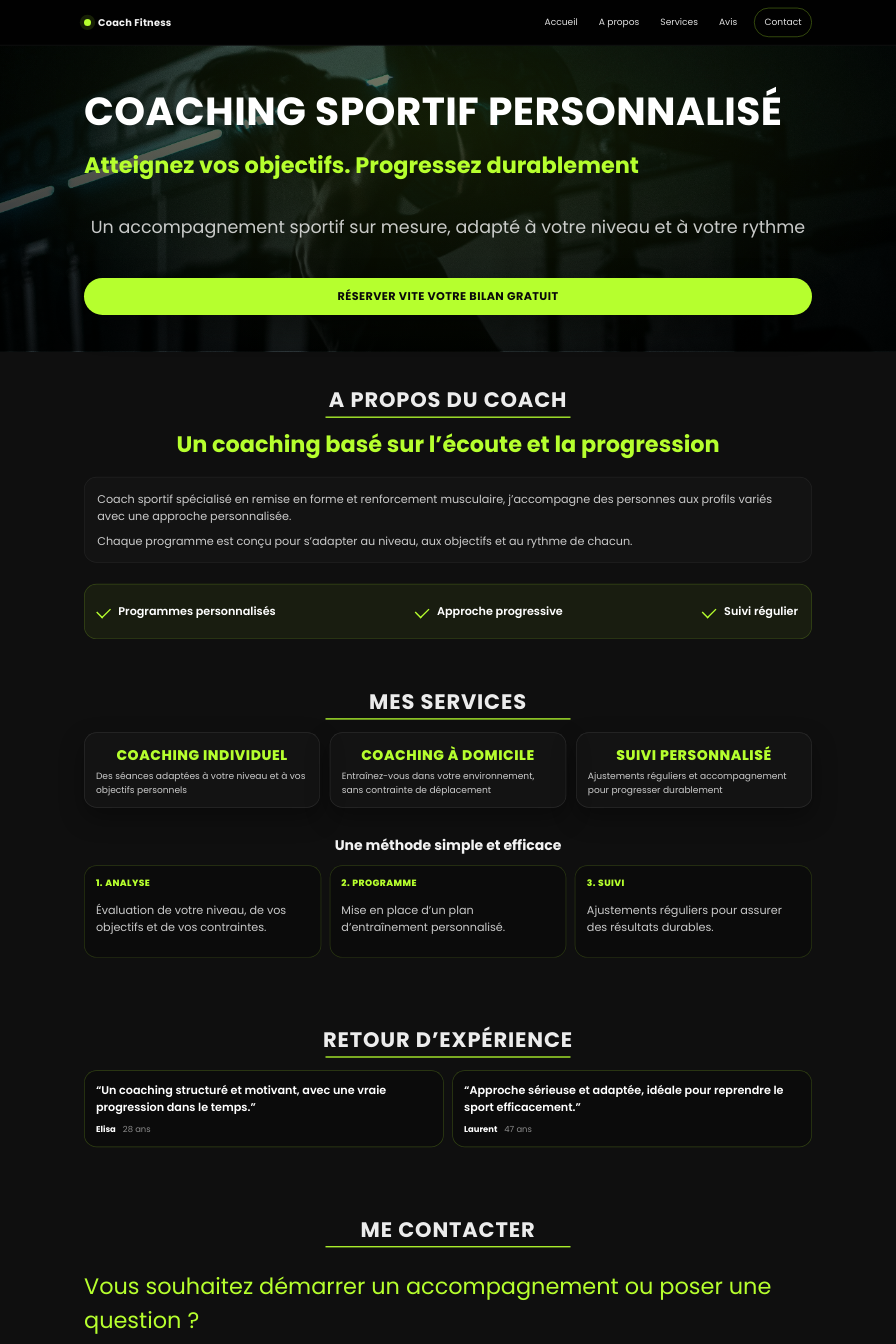
Repository: ThomasHdrd/CoachFitness
Page: index.html
An editor plug-in stored every save of this project. The page is shown before and after the next save, followed by the edit.
The browser window is 1280 px wide. The pictures show the part of the page from y = 0 to 1920 px (the page is 3200 px tall before and 3152 px after), at 70% of full size.

Above is the page before, as saved 2026-01-20 22:21:45.

### index.html
<!doctype html>
<html lang="fr">
<head>
  <meta charset="utf-8" />
  <meta name="viewport" content="width=device-width, initial-scale=1" />
  <title>Coach Fitness — Landing Page</title>

  <!-- Poppins -->
  <link rel="preconnect" href="https://fonts.googleapis.com">
  <link rel="preconnect" href="https://fonts.gstatic.com" crossorigin>
  <link href="https://fonts.googleapis.com/css2?family=Poppins:wght@300;400;500;600;700;800&display=swap" rel="stylesheet">

  <link rel="stylesheet" href="styles.css" />
</head>
<body>
  <!-- Header -->
  <header class="site-header" id="top">
    <div class="container header-inner">
      <a class="brand" href="#top" aria-label="Retour en haut">
        <span class="brand-dot" aria-hidden="true"></span>
        <span class="brand-text">Coach Fitness</span>
      </a>

      <button class="nav-toggle" aria-controls="site-nav" aria-expanded="false">
        <span class="sr-only">Ouvrir le menu</span>
        <span class="burger" aria-hidden="true"></span>
      </button>

      <nav class="site-nav" id="site-nav" aria-label="Navigation principale">
        <a class="nav-link" href="#accueil">Accueil</a>
        <a class="nav-link" href="#apropos">A propos</a>
        <a class="nav-link" href="#services">Services</a>
        <a class="nav-link" href="#avis">Avis</a>
        <a class="nav-link nav-cta" href="#contact">Contact</a>
      </nav>
    </div>
  </header>

  <main>
    <!-- HERO -->
    <section class="hero" id="accueil">
      <div class="hero-overlay" aria-hidden="true"></div>
      <div class="container hero-content">
        <p class="hero-kicker">Coaching sportif personnalisé</p>
        <h1 class="hero-title accent">Atteignez vos objectifs. Progressez durablement</h1>
        <p class="hero-subtitle">
          Un accompagnement sportif sur mesure, adapté à votre niveau et à votre rythme
        </p>
        <a class="btn btn-primary" href="#contact">RÉSERVER VITE VOTRE BILAN GRATUIT</a>
      </div>
    </section>

    <!-- A PROPOS -->
    <section class="section" id="apropos">
      <div class="container">
        <h2 class="section-title">A PROPOS DU COACH</h2>
        <h3 class="section-lead accent">Un coaching basé sur l’écoute et la progression</h3>

        <div class="about-grid">
          <div class="about-text">
            <p class="muted">
              Coach sportif spécialisé en remise en forme et renforcement musculaire, j’accompagne des personnes aux profils variés
              avec une approche personnalisée.
            </p>
            <p class="muted">
              Chaque programme est conçu pour s’adapter au niveau, aux objectifs et au rythme de chacun.
            </p>
          </div>
        </div>
        <div class="about-list">
            <ul class="checks">
                <li>Programmes personnalisés</li>
                <li>Approche progressive</li>
                <li>Suivi régulier</li>
            </ul>
        </div>
      </div>
    </section>

    <!-- SERVICES -->
    <section class="section" id="services">
      <div class="container">
        <h2 class="section-title">MES SERVICES</h2>

        <div class="cards">
          <article class="card">
            <h3 class="card-title accent">COACHING INDIVIDUEL</h3>
            <p class="card-text">Des séances adaptées à votre niveau et à vos objectifs personnels</p>
          </article>

          <article class="card">
            <h3 class="card-title accent">COACHING À DOMICILE</h3>
            <p class="card-text">Entraînez-vous dans votre environnement, sans contrainte de déplacement</p>
          </article>

          <article class="card">
            <h3 class="card-title accent">SUIVI PERSONNALISÉ</h3>
            <p class="card-text">Ajustements réguliers et accompagnement pour progresser durablement</p>
          </article>
        </div>

        <div class="method">
          <h3 class="method-title">Une méthode simple et efficace</h3>

          <div class="method-steps">
            <div class="step">
              <div class="step-num accent">1. ANALYSE</div>
              <p class="muted">Évaluation de votre niveau, de vos objectifs et de vos contraintes.</p>
            </div>
            <div class="step">
              <div class="step-num accent">2. PROGRAMME</div>
              <p class="muted">Mise en place d’un plan d’entraînement personnalisé.</p>
            </div>
            <div class="step">
              <div class="step-num accent">3. SUIVI</div>
              <p class="muted">Ajustements réguliers pour assurer des résultats durables.</p>
            </div>
          </div>
        </div>
      </div>
    </section>

    <!-- AVIS -->
    <section class="section" id="avis">
      <div class="container">
        <h2 class="section-title">RETOUR D’EXPÉRIENCE</h2>

        <div class="testimonials">
          <figure class="testimonial">
            <blockquote>
              “Un coaching structuré et motivant, avec une vraie progression dans le temps.”
            </blockquote>
            <figcaption>
              <span class="name">Elisa</span>
              <span class="meta">28 ans</span>
            </figcaption>
          </figure>

          <figure class="testimonial">
            <blockquote>
              “Approche sérieuse et adaptée, idéale pour reprendre le sport efficacement.”
            </blockquote>
            <figcaption>
              <span class="name">Laurent</span>
              <span class="meta">47 ans</span>
            </figcaption>
          </figure>
        </div>
      </div>
    </section>

    <!-- CONTACT -->
    <section class="section" id="contact">
      <div class="container">
        <h2 class="section-title">ME CONTACTER</h2>
        <p class="contact-lead accent">
          Vous souhaitez démarrer un accompagnement ou poser une question ?<br />
          N’hésitez pas à me contacter.
        </p>

        <form class="form" id="contactForm" novalidate>
          <div class="field">
            <label for="nom">Nom</label>
            <input id="nom" name="nom" type="text" autocomplete="family-name" required />
            <small class="error" data-error-for="nom"></small>
          </div>

          <div class="field">
            <label for="prenom">Prénom</label>
            <input id="prenom" name="prenom" type="text" autocomplete="given-name" required />
            <small class="error" data-error-for="prenom"></small>
          </div>

          <div class="field">
            <label for="email">Email</label>
            <input id="email" name="email" type="email" autocomplete="email" required />
            <small class="error" data-error-for="email"></small>
          </div>

          <div class="field">
            <label for="message">Message</label>
            <textarea id="message" name="message" rows="5" required></textarea>
            <small class="error" data-error-for="message"></small>
          </div>

          <button class="btn btn-primary btn-wide" type="submit">ENVOYER</button>
          <p class="form-note muted" id="formStatus" role="status" aria-live="polite"></p>
        </form>
      </div>
    </section>

    <!-- FAQ -->
    <section class="section" id="faq">
      <div class="container">
        <h2 class="section-title">QUESTIONS FRÉQUENTES</h2>

        <div class="faq">
          <details class="faq-item" open>
            <summary>À qui s’adresse le coaching ?</summary>
            <div class="faq-body muted">
              Le coaching s’adresse à toute personne souhaitant reprendre le sport, améliorer sa condition physique ou atteindre un objectif précis
              (remise en forme, renforcement musculaire, perte de poids, bien-être). Les programmes sont adaptés au niveau, au rythme et aux contraintes de chacun.
            </div>
          </details>

          <details class="faq-item">
            <summary>Faut-il déjà être sportif pour commencer ?</summary>
            <div class="faq-body muted">
              Non. Le coaching s’adapte à votre niveau actuel. La progression est construite étape par étape, avec une intensité ajustée.
            </div>
          </details>

          <details class="faq-item">
            <summary>Comment se déroule le suivi ?</summary>
            <div class="faq-body muted">
              Après une analyse de votre situation, un programme personnalisé est mis en place puis ajusté régulièrement selon vos retours et votre progression.
            </div>
          </details>

          <details class="faq-item">
            <summary>Le coaching se fait-il à domicile ou en salle ?</summary>
            <div class="faq-body muted">
              Les deux sont possibles. Le format dépend de vos préférences, de votre matériel et de vos contraintes de planning.
            </div>
          </details>

          <details class="faq-item">
            <summary>Le premier échange est-il gratuit ?</summary>
            <div class="faq-body muted">
              Oui. Le premier échange permet de comprendre votre besoin et de déterminer l’accompagnement le plus adapté, sans engagement.
            </div>
          </details>
        </div>
      </div>
    </section>
  </main>

  <!-- Footer -->
  <footer class="site-footer">
    <div class="container footer-inner">
      <p class="footer-tag muted">Coaching personnalisé • Progression durable • Bien-être</p>
      <p class="footer-copy muted">© 2026 Coach Sportif Indépendant • Tous droits réservés.</p>
    </div>
  </footer>

  <script src="app.js" defer></script>
</body>
</html>

### styles.css
:root{
  --bg: #0F0F0F;            /* demandé */
  --bar: rgba(0,0,0,.90);   /* header/footer */
  --accent: #B6FF2E;        /* demandé */
  --text: #FFFFFF;
  --muted: rgba(255,255,255,.78);
  --muted2: rgba(255,255,255,.62);
  --line: rgba(182,255,46,.38);
  --card: rgba(255,255,255,.04);
  --shadow: 0 16px 40px rgba(0,0,0,.45);
  --radius: 14px;
  --radius-lg: 18px;
  --max: 1040px;
}

*{ box-sizing: border-box; }
html{ scroll-behavior: smooth; }
body{
  margin:0;
  font-family: "Poppins", system-ui, -apple-system, Segoe UI, Roboto, Arial, sans-serif;
  background: var(--bg);
  color: var(--text);
}

.container{
  width:min(100% - 40px, var(--max));
  margin-inline:auto;
}

.sr-only{
  position:absolute;
  width:1px;height:1px;
  padding:0;margin:-1px;
  overflow:hidden;clip:rect(0,0,0,0);
  white-space:nowrap;border:0;
}

/* Header */
.site-header{
  position: sticky;
  top: 0;
  z-index: 50;
  background: var(--bar);
  backdrop-filter: blur(8px);
  border-bottom: 1px solid rgba(255,255,255,.06);
}

.header-inner{
  height: 64px;
  display:flex;
  align-items:center;
  justify-content:space-between;
  gap: 14px;
}

.brand{
  display:flex;
  align-items:center;
  gap:10px;
  text-decoration:none;
  color: var(--text);
  font-weight: 700;
  letter-spacing:.3px;
}
.brand-dot{
  width:10px;height:10px;
  border-radius:999px;
  background: var(--accent);
  box-shadow: 0 0 0 6px rgba(182,255,46,.12);
}
.brand-text{ font-size: 14px; opacity:.95; }

.site-nav{
  display:flex;
  align-items:center;
  gap: 18px;
}
.nav-link{
  color: var(--text);
  text-decoration:none;
  font-size: 13px;
  opacity: .88;
  transition: opacity .2s ease, color .2s ease;
  padding: 10px 6px;
}
.nav-link:hover{ opacity:1; color: var(--accent); }

.nav-cta{
  border: 1px solid rgba(182,255,46,.45);
  border-radius: 999px;
  padding: 10px 14px;
}
.nav-cta:hover{
  background: rgba(182,255,46,.10);
}

/* Mobile nav */
.nav-toggle{
  display:none;
  border:0;
  background: transparent;
  color: var(--text);
  padding: 10px;
  border-radius: 10px;
}
.nav-toggle:hover{ background: rgba(255,255,255,.06); }
.burger{
  width: 22px; height: 2px;
  display:block;
  background: var(--text);
  position: relative;
}
.burger::before,.burger::after{
  content:"";
  position:absolute;
  left:0;
  width:22px;height:2px;
  background: var(--text);
}
.burger::before{ top:-7px; }
.burger::after{ top:7px; }

/* Hero */
.hero{
  position: relative;
  min-height: 50vh;
  display:flex;
  align-items:center;
  padding: 52px 0;
  background:
    linear-gradient(180deg, rgba(0,0,0,.55), rgba(0,0,0,.88)),
    url("assets/hero.jpg") center/cover no-repeat;
  background-position: center 30%;
}
.hero-overlay{
  position:absolute;
  inset:0;
  background: radial-gradient(1200px 600px at 50% 25%, rgba(182,255,46,.10), transparent 60%);
  pointer-events:none;
}
.hero-content{
  position:relative;
  text-align:center;
}
.hero-kicker{
  margin:0 0 10px;
  font-size: 56px;
  max-width: fit-content;
  letter-spacing: .6px;
  text-transform: uppercase;
  font-weight: bold;
}
.hero-title{
  margin: 0 auto;
  font-size: 40px;
  max-width: fit-content;
  margin:0 0 10px;
}
.hero-title .accent{
  display:block;
  color: var(--accent);
  font-weight: 800;
  text-transform:none;
  margin-top: 8px;
  max-width: fit-content;
}
.hero-subtitle{
  margin: 16px auto 22px;
  padding-top: 30px;
  color: var(--muted);
  font-size: 25px;
  line-height: 1.55;
  padding-bottom: 30px;
}

/* Buttons */
.btn{
  display:inline-flex;
  align-items:center;
  justify-content:center;
  gap:10px;
  text-decoration:none;
  border: 0;
  cursor:pointer;
  font-weight: 700;
  letter-spacing: .6px;
  text-transform: uppercase;
  border-radius: 999px;
  padding: 14px 18px;
  box-shadow: var(--shadow);
}
.btn-primary{
  background: var(--accent);
  color: #0A0A0A;
  width: 100%;
}
.btn-primary:hover{
  background: transparent;
  border: 1px solid var(--accent);
  color: var(--accent);
  filter: brightness(.95);
}
.btn-wide{ width: 100%; margin-top: 10px; }

/* Sections */
.section{
  padding: 48px 0;
}
#apropos
{
  padding-bottom: 20px;
}

.section-title{
  text-align:center;
  margin: 0 0 14px;
  font-size: 30px;
  letter-spacing: 1.2px;
  text-transform: uppercase;
  opacity: .92;
}
.section-title::after {
    content: "";
    display: block;
    width: 350px;
    height: 2px;
    background-color: var(--accent);
    margin: 0 auto 0;
}
.section-lead{
  text-align:center;
  margin: 0 0 22px;
  font-size: 25px;
  font-weight: 700;
}
.accent{ color: var(--accent); font-size: 32px;}
.muted{ color: var(--muted); }
.muted2{ color: var(--muted2); }

/* About */
.about-grid{
  gap: 18px;
  align-items:start;
}
.about-text{
  background: rgba(255,255,255,.02);
  border: 1px solid rgba(255,255,255,.06);
  border-radius: var(--radius-lg);
  padding: 18px;
  margin-bottom: 30px;
}
.about-text p{ margin: 0 0 10px; }
.about-text p:last-child{ margin-bottom: 0; }

.checks{
  list-style: none;
  margin: 0;
  padding: 16px 18px;
  border-radius: var(--radius-lg);
  border: 1px solid rgba(182,255,46,.20);
  background: rgba(182,255,46,.06);
  display: flex;
  flex-wrap: wrap;
  gap: 20%;
}
.checks li{
  position: relative;
  padding-left: 30px;
  margin: 10px 0;
  font-weight: 600;
}
.checks li::before{
  content:"";
  position:absolute;
  left:0; top: 6px;
  width: 16px; height: 10px;
  border-left: 2px solid var(--accent);
  border-bottom: 2px solid var(--accent);
  transform: rotate(-45deg);
}

/* Cards */
.cards{
  display:grid;
  gap: 14px;
  margin-top: 18px;
}
.card{
  background: rgba(255,255,255,.02);
  border: 1px solid rgba(255,255,255,.10);
  border-radius: var(--radius-lg);
  padding: 16px 16px 14px;
  box-shadow: 0 14px 34px rgba(0,0,0,.35);
}
.card-title{
  margin:0 0 6px;
  font-size: 20px;
  text-align: center;
  font-weight: 800;
  text-transform: uppercase;
  letter-spacing: .8px;
}
.card-text{
  margin:0;
  color: var(--muted);
  font-size: 13px;
  line-height: 1.55;
}

/* Method */
.method{
  margin-top: 26px;
  padding-top: 12px;
}
.method-title{
  text-align:center;
  margin: 0 0 14px;
  font-size: 20px;
  font-weight: 700;
  opacity: .95;
}
.method-steps{
  display:grid;
  gap: 12px;
}
.step{
  border: 1px solid rgba(182,255,46,.18);
  background: rgba(0,0,0,.25);
  border-radius: var(--radius-lg);
  padding: 14px 16px;
}
.step-num{
  font-weight: 800;
  letter-spacing: .6px;
  text-transform: uppercase;
  font-size: 13px;
  margin-bottom: 6px;
}

/* Testimonials */
.testimonials{
  display:grid;
  gap: 12px;
  margin-top: 18px;
}
.testimonial{
  margin:0;
  border: 1px solid rgba(182,255,46,.22);
  background: rgba(0,0,0,.25);
  border-radius: var(--radius-lg);
  padding: 16px;
}
.testimonial blockquote{
  margin:0 0 10px;
  color: var(--text);
  font-weight: 600;
  line-height: 1.5;
}
.testimonial figcaption{
  display:flex;
  gap: 10px;
  align-items:baseline;
  color: var(--muted2);
  font-size: 12px;
}
.testimonial .name{ color: var(--text); font-weight: 700; }
.testimonial .meta{ opacity:.85; }

/* Form */
.form{
  margin-top: 18px;
  border-radius: var(--radius-lg);
  border: 1px solid rgba(255,255,255,.08);
  background: rgba(0,0,0,.25);
  padding: 16px;
}
.field{ margin-bottom: 12px; }
label{
  display:block;
  font-size: 12px;
  font-weight: 700;
  letter-spacing: .4px;
  margin-bottom: 8px;
  color: var(--accent);
  text-transform: uppercase;
}
input, textarea{
  width:100%;
  font-family: inherit;
  font-size: 14px;
  color: #0A0A0A;
  background: #FFFFFF;
  border: 1px solid rgba(0,0,0,.12);
  border-radius: 10px;
  padding: 12px 12px;
  outline: none;
}
textarea{ resize: vertical; min-height: 110px; }
input:focus, textarea:focus{
  box-shadow: 0 0 0 4px rgba(182,255,46,.20);
  border-color: rgba(182,255,46,.55);
}
.error{
  display:block;
  min-height: 16px;
  margin-top: 6px;
  font-size: 12px;
  color: #FF6B6B;
}
.form-note{
  margin: 10px 0 0;
  font-size: 12px;
}

/* FAQ */
.faq{
  margin-top: 18px;
  border-radius: var(--radius-lg);
  overflow:hidden;
  border: 1px solid rgba(182,255,46,.16);
  background: rgba(0,0,0,.25);
}
.faq-item{
  border-top: 1px solid rgba(182,255,46,.12);
}
.faq-item:first-child{ border-top: 0; }
.faq-item summary{
  list-style:none;
  cursor:pointer;
  padding: 14px 16px;
  font-weight: 700;
  font-size: 13px;
  position: relative;
}
.faq-item summary::-webkit-details-marker{ display:none; }
.faq-item summary::after{
  content:"+";
  position:absolute;
  right: 16px;
  top: 10px;
  width: 28px; height: 28px;
  display:grid;
  place-items:center;
  border-radius: 999px;
  color: var(--accent);
  border: 1px solid rgba(182,255,46,.28);
  background: rgba(182,255,46,.08);
}
.faq-item[open] summary::after{ content:"–"; }
.faq-body{
  padding: 0 16px 16px;
  font-size: 13px;
  line-height: 1.6;
}

/* Footer */
.site-footer{
  background: var(--bar);
  border-top: 1px solid rgba(255,255,255,.06);
  padding: 18px 0;
}
.footer-inner{
  text-align:center;
  display:grid;
  gap: 8px;
}
.footer-tag, .footer-copy{
  margin:0;
  font-size: 12px;
}

/* Responsive */
@media (min-width: 820px){
  .hero-content{ text-align:center; }
  .about-grid{
    grid-template-columns: 1.2fr .8fr;
    gap: 18px;
  }
  .cards{
    grid-template-columns: repeat(3, 1fr);
  }
  .method-steps{
    grid-template-columns: repeat(3, 1fr);
  }
  .testimonials{
    grid-template-columns: repeat(2, 1fr);
  }
}

/* Mobile nav behavior */
@media (max-width: 760px){
  .nav-toggle{ display:inline-flex; }
  .site-nav{
    position: fixed;
    inset: 64px 12px auto 12px;
    background: rgba(0,0,0,.95);
    border: 1px solid rgba(255,255,255,.08);
    border-radius: 16px;
    padding: 12px;
    display:none;
    flex-direction: column;
    gap: 6px;
    box-shadow: 0 18px 50px rgba(0,0,0,.6);
  }
  .site-nav.is-open{ display:flex; }
  .nav-link{ width:100%; text-align:center; padding: 12px; }
  .nav-cta{ width:100%; }
}

### app.js
// Mobile menu toggle
const toggle = document.querySelector('.nav-toggle');
const nav = document.querySelector('#site-nav');

if (toggle && nav) {
  toggle.addEventListener('click', () => {
    const isOpen = nav.classList.toggle('is-open');
    toggle.setAttribute('aria-expanded', String(isOpen));
  });

  // Close menu on link click (mobile)
  nav.querySelectorAll('a').forEach(a => {
    a.addEventListener('click', () => {
      nav.classList.remove('is-open');
      toggle.setAttribute('aria-expanded', 'false');
    });
  });

  // Close on ESC
  document.addEventListener('keydown', (e) => {
    if (e.key === 'Escape') {
      nav.classList.remove('is-open');
      toggle.setAttribute('aria-expanded', 'false');
    }
  });
}

// FAQ: allow only one open at a time (optional premium behavior)
const faqItems = document.querySelectorAll('.faq-item');
faqItems.forEach((item) => {
  item.addEventListener('toggle', () => {
    if (item.open) {
      faqItems.forEach((other) => {
        if (other !== item) other.open = false;
      });
    }
  });
});

// Contact form validation (front only, demo)
const form = document.getElementById('contactForm');
const statusEl = document.getElementById('formStatus');

function setError(name, message) {
  const el = document.querySelector(`[data-error-for="${name}"]`);
  if (el) el.textContent = message || '';
}

function isEmail(v) {
  return /^[^\s@]+@[^\s@]+\.[^\s@]+$/.test(v);
}

if (form) {
  form.addEventListener('submit', (e) => {
    e.preventDefault();

    const data = new FormData(form);
    const nom = String(data.get('nom') || '').trim();
    const prenom = String(data.get('prenom') || '').trim();
    const email = String(data.get('email') || '').trim();
    const message = String(data.get('message') || '').trim();

    let ok = true;

    setError('nom', '');
    setError('prenom', '');
    setError('email', '');
    setError('message', '');
    if (statusEl) statusEl.textContent = '';

    if (!nom) { setError('nom', 'Veuillez renseigner votre nom.'); ok = false; }
    if (!prenom) { setError('prenom', 'Veuillez renseigner votre prénom.'); ok = false; }
    if (!email || !isEmail(email)) { setError('email', 'Veuillez renseigner un email valide.'); ok = false; }
    if (!message || message.length < 10) { setError('message', 'Veuillez écrire un message (min. 10 caractères).'); ok = false; }

    if (!ok) return;

    // Demo success
    form.reset();
    if (statusEl) statusEl.textContent = "Message envoyé (démo). Je reviens vers vous au plus vite.";
  });
}

After the next save:
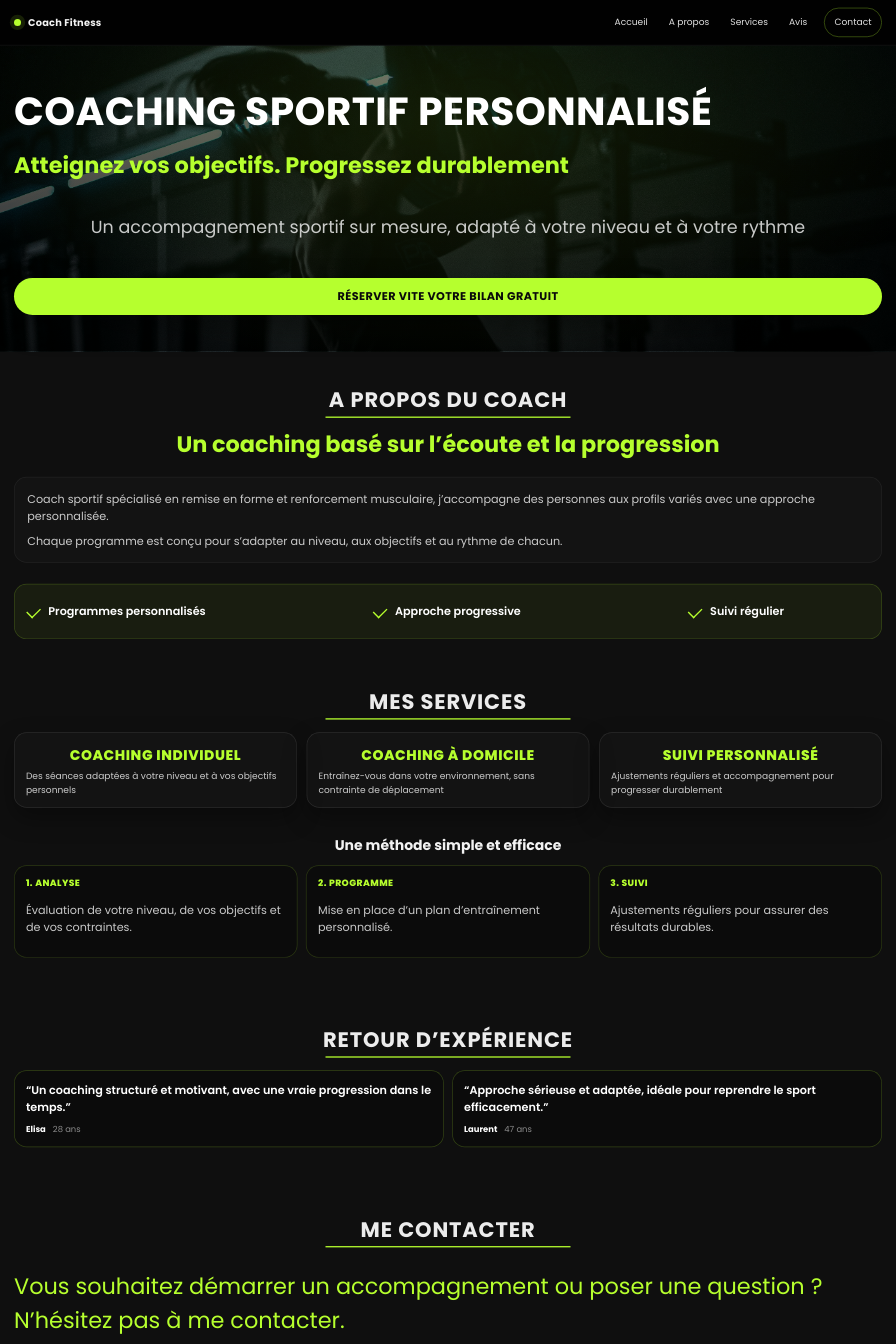
Saved 32 s later.
--- a/styles.css
+++ b/styles.css
@@ -10,7 +10,7 @@
   --shadow: 0 16px 40px rgba(0,0,0,.45);
   --radius: 14px;
   --radius-lg: 18px;
-  --max: 1040px;
+  --max: 1400px;
 }
 
 *{ box-sizing: border-box; }
